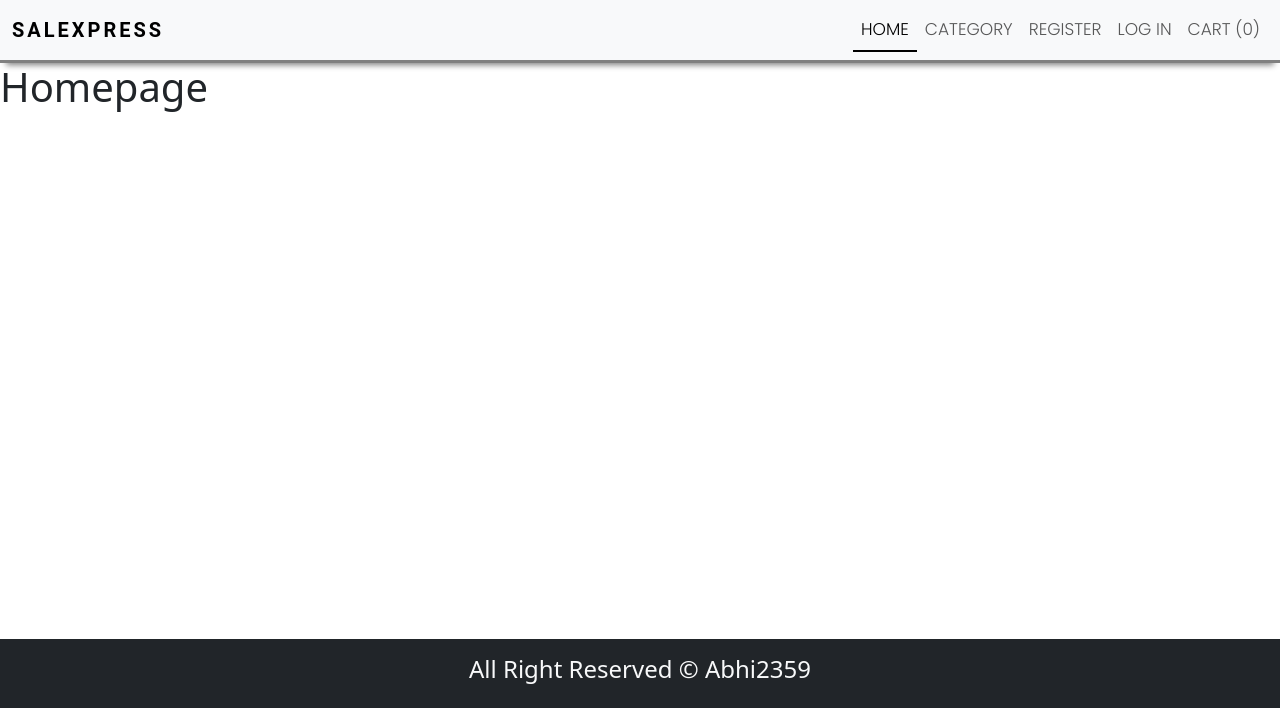
Repository: Abhi2359/SaleXpress
Page: / (app in client/)
An editor plug-in stored every save of this project. The page is shown before and after the next save, followed by the edit.
The browser window is 1280 px wide. The pictures show the whole page.
The project was rebuilt for these pictures with package versions that can differ from the ones it lists, and the page was loaded fresh each time. Also part of the build but not shown: client/vite.config.js, client/src/pages/About.jsx, client/src/pages/Policy.jsx, client/src/pages/PageNotFound.jsx.

Above is the page before, as saved 2023-05-08 19:22:44.

### client/index.html
<!DOCTYPE html>
<html lang="en">
  <head>
    <meta charset="UTF-8" />
    <link href="https://cdn.jsdelivr.net/npm/bootstrap@5.3.0-alpha3/dist/css/bootstrap.min.css" rel="stylesheet" integrity="sha384-KK94CHFLLe+nY2dmCWGMq91rCGa5gtU4mk92HdvYe+M/SXH301p5ILy+dN9+nJOZ" crossorigin="anonymous">
    <meta name="viewport" content="width=device-width, initial-scale=1.0" />
    <title>SaleXpress</title>
  </head>
  <body>
    <div id="root"></div>
    <script src="https://cdn.jsdelivr.net/npm/bootstrap@5.3.0-alpha3/dist/js/bootstrap.bundle.min.js" integrity="sha384-ENjdO4Dr2bkBIFxQpeoTz1HIcje39Wm4jDKdf19U8gI4ddQ3GYNS7NTKfAdVQSZe" crossorigin="anonymous"></script>
    <script type="module" src="/src/main.jsx"></script>
  </body>
</html>

### client/src/main.jsx
import React from 'react'
import ReactDOM from 'react-dom/client'
import App from './App.jsx'
import './index.css'
import {BrowserRouter} from "react-router-dom"

ReactDOM.createRoot(document.getElementById('root')).render(
  <BrowserRouter>

  <React.StrictMode>
    <App />
  </React.StrictMode>
  </BrowserRouter>
)

### client/src/App.jsx

import {Routes,Route} from "react-router-dom"
import Homepage from "./pages/HomePage"
import About from "./pages/About"
import Policy from "./pages/Policy"
import PageNotFound from "./pages/PageNotFound"
function App() {

  return (
    <>

<Routes>
  <Route path='/' element={<Homepage/>}/>
  <Route path='/about' element={<About/>}/>
  <Route path='/contact' element={<About/>}/>
  <Route path='/policy' element={<Policy/>}/>
  <Route path='*' element={<PageNotFound/>}/>

</Routes>


    </>
  )
}

export default App

### client/src/index.css

@import url('https://fonts.googleapis.com/css2?family=Heebo:wght@600&family=Kumbh+Sans:wght@800&family=Playfair+Display:wght@700&family=Poppins:ital,wght@0,300;0,400;0,500;1,300;1,600&display=swap');


*{
    margin: 0;
    padding: 0;
    box-sizing: border-box;
}

/* font-family: 'Poppins', sans-serif; */
/* font-family: 'Playfair Display', serif; */

/* Navbar CSS */

.navbar {
    font-family: "Poppins", sans-serif;
    font-size: 17px;
    line-height: 26px;
    text-transform: uppercase;
    box-shadow: 0 8px 6px -6px gray;
    --webkit-box-shadow: 0 8px 6px -6px gray;
    border-bottom: solid gray !important;
  }

  .nav-link {
    font-weight: 300 !important;
  }

  .active {
    border-bottom: 2px solid black;
  }

  .navbar-brand {
    font-weight: 700;
    font-family: "roboto", sans-serif;
    letter-spacing: 3px;
  }
  /* =============================
  ==========footer============= */

  .footer {
    color: white;
    padding: 25px;
    background: #000000; /* fallback for old browsers */
    background: -webkit-linear-gradient(
      to right,
      #434343,
      #000000
    ); /* Chrome 10-25, Safari 5.1-6 */
    background: linear-gradient(to right, #434343, #000000);
  }

  .footer a {
    text-decoration: none;
    color: white;
    padding: 10px;
  }

  .footer a:hover {
    color: #ffefba;
    border-bottom: 1px solid #ffefba;
  }
  /* =================================
  ======== page not found css ======= */
  .pnf {
    display: flex;
    min-height: 65vh;
    flex-direction: column;
    align-items: center;
    justify-content: center;
  }

  .pnf-title {
    font-size: 100px;
    font-weight: 700;
  }

  .pnf-heading {
    font-weight: normal;
  }

  .pnf-btn {
    color: black;
    border: 1px solid black;
    text-decoration: none;
    padding: 10px;
    margin-top: 10px;
  }
  .pnf-btn:hover {
    background-color: black;
    color: white;
  }
  /* ========================================= */
  /* =========contact us ========= */
  .contactus {
    margin: 0;
    padding: 0;
    height: 70vh;
    display: flex;
    align-items: center;
    justify-content: center;
  }

### client/src/pages/HomePage.jsx
import React from 'react'
import Layout from "./../components/Layout/Layout"
const HomePage = () => {
  return (
 <Layout>
    <h1>Homepage</h1>
 </Layout>
  )
}

export default HomePage

### client/src/components/Layout/Layout.jsx
import React from 'react'
import Header from './Header'
import Footer from './Footer'

const Layout = ({children}) => {
  return (
    <div>
        <Header/>
        <main style={{minHeight:"80vh"}}>

        {children}
        </main>
        <Footer/>
    </div>
  )
}

export default Layout

### client/src/components/Layout/Header.jsx
import React from "react";
import { NavLink,Link } from "react-router-dom";
import {GiShop} from "react-icons/gi"
const Header = () => {
  return (
    <>
      <nav className="navbar navbar-expand-lg bg-body-tertiary">
        <div className="container-fluid">
          <button
            className="navbar-toggler"
            type="button"
            data-bs-toggle="collapse"
            data-bs-target="#navbarTogglerDemo01"
            aria-controls="navbarTogglerDemo01"
            aria-expanded="false"
            aria-label="Toggle navigation"
          >
            <span className="navbar-toggler-icon"></span>
          </button>
          <div className="collapse navbar-collapse" id="navbarTogglerDemo01">
            <Link to="/" className="navbar-brand">
              SaleXpress
            </Link>
            <ul className="navbar-nav ms-auto mb-2 mb-lg-0">
              <li className="nav-item">
                <NavLink to="/" className="nav-link ">
                  Home
                </NavLink>
              </li>
              <li className="nav-item">
                <NavLink to="/category" className="nav-link">
                  Category
                </NavLink>
              </li>
              <li className="nav-item">
                <NavLink to="/register" className="nav-link">
                  Register
                </NavLink>
              </li>
              <li className="nav-item">
                <NavLink to="/login" className="nav-link">
                  Log In
                </NavLink>
              </li>
              <li className="nav-item">
                <NavLink to="/cart" className="nav-link">
                  {" "}
                  Cart (0)
                </NavLink>
              </li>
            </ul>
          </div>
        </div>
      </nav>
    </>
  );
};

export default Header;

### client/src/components/Layout/Footer.jsx
import React from 'react'

const Footer = () => {
  return (
    <div className='bg-dark text-light p-3'>
        <h4 className='text-center'> All Right Reserved &copy; Abhi2359</h4>
    </div>
  )
}

export default Footer

After the next save:
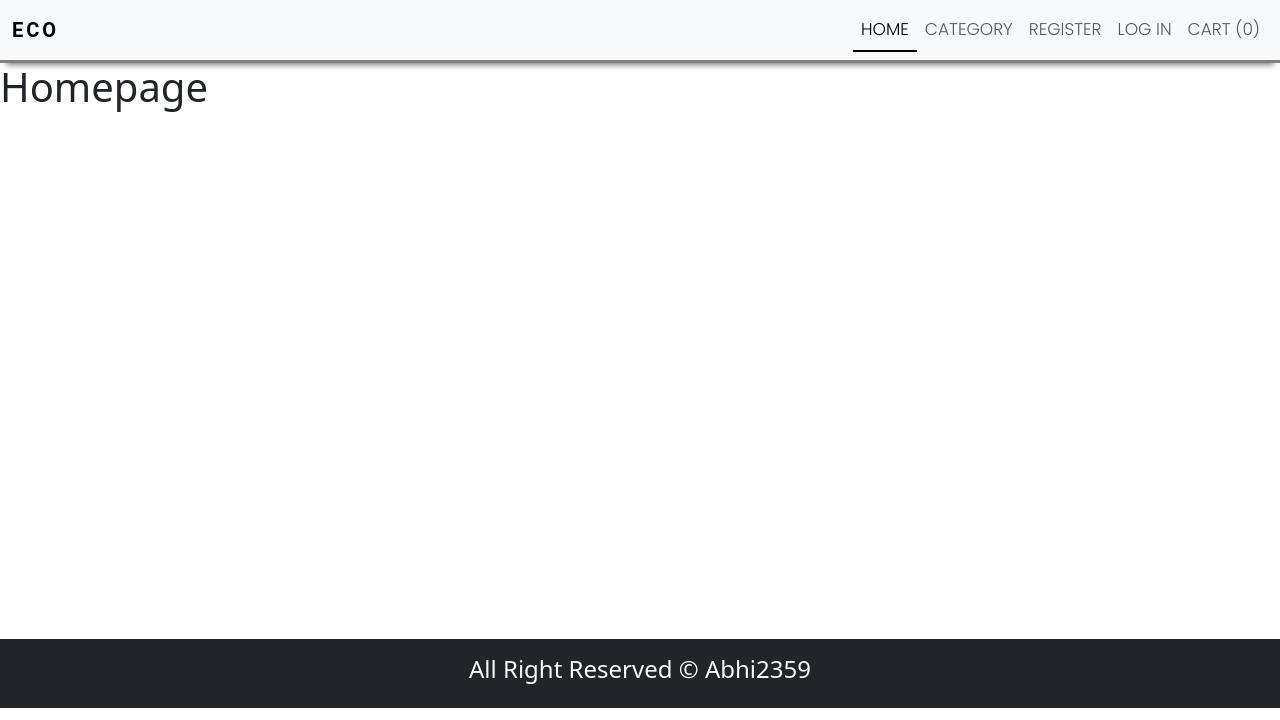
Saved 5 s later.
--- a/client/src/components/Layout/Header.jsx
+++ b/client/src/components/Layout/Header.jsx
@@ -19,7 +19,7 @@ const Header = () => {
           </button>
           <div className="collapse navbar-collapse" id="navbarTogglerDemo01">
             <Link to="/" className="navbar-brand">
-              SaleXpress
+              Eco
             </Link>
             <ul className="navbar-nav ms-auto mb-2 mb-lg-0">
               <li className="nav-item">
